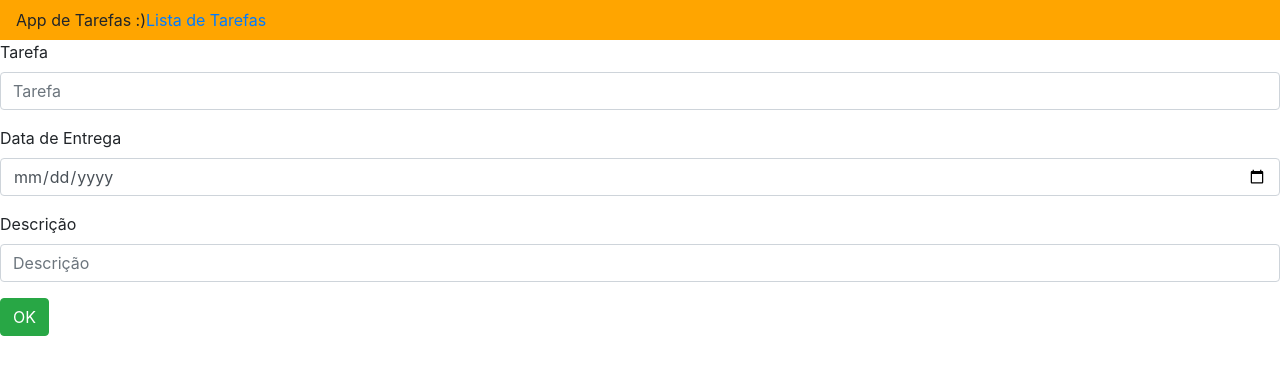
Repository: sophiaks/CRUD
Page: http://localhost/Projeto1/Views/adiciona.jsp
The author's editor kept a copy of each file at every save. The page is drawn from the files as they stood at one save, then again after the next save.
The browser window is 1280 px wide. The pictures show the whole page.
The page is served by Tomcat 9. Nobody is signed in. The application's start-up code is not run. Other server files are loaded and not shown.

Above is the page before, as saved 2020-09-23 19:22:29.

### WorkspaceP1/Projeto1/WebContent/Views/adiciona.jsp
<%@ page language="java" contentType="text/html; charset=ISO-8859-1"
    pageEncoding="ISO-8859-1"%>
<%@ taglib uri="http://java.sun.com/jsp/jstl/core" prefix="c" %>
<%@ taglib uri="http://java.sun.com/jsp/jstl/fmt" prefix="fmt" %>
<%@ page import="java.util.*,br.edu.insper.*" %>


<!DOCTYPE html>
<html>
<head>
<meta charset="ISO-8859-1">
<title>Tarefa</title>
<link href="<c:url value="/bootstrap/css/bootstrap.css"/>" rel="stylesheet">
</head>

<body>
	<jsp:useBean id="dao" class="br.edu.insper.DAO"/>
	<header>
		<nav class="navbar navbar-expand-md navbar-dark"
		style="background-color: orange">
		<div>
			App de Tarefas :)
		</div>
		<a href="<%=request.getContextPath()%>/Views/lista.jsp">Lista de Tarefas</a>



		</nav>
	</header>
	<form action="adiciona" method="post">
		<div class="form-group">
			<label for="nome">Tarefa</label>
			<input type="text" name="nome" class="form-control" placeholder="Tarefa">
		</div>

		<div class="form-group">
			<label for="nome">Data de Entrega</label>
			<input type="date" name="entrega" class="form-control" placeholder="Data de Entrega">
		</div>

		<div class="form-group">
			<label for="descricao">Descrição</label>
			<input type="text" name="descricao" class="form-control" placeholder="Descrição">
		</div>

		<div>
			<input type="submit" value="OK" class="btn btn-success" >
		</div>



	</form>
	<br />



</body>
</html>

### WorkspaceP1/Projeto1/src/br/edu/insper/model/DAO.java
package br.edu.insper;
import java.sql.Connection;
import java.sql.DriverManager;
import java.sql.PreparedStatement;
import java.sql.ResultSet;
import java.sql.SQLException;
import java.util.ArrayList;
import java.util.List;


public class DAO {
	private Connection connection = null;

	public DAO () throws ClassNotFoundException, SQLException {
		Class.forName("com.mysql.jdbc.Driver");
		connection = DriverManager.getConnection("jdbc:mysql://127.0.0.1:3306/tarefas?serverTimezone=UTC", "root", "^^b^@JVg^x!6");
	}

	public List<Tarefa> getLista() throws SQLException {
		List<Tarefa> tarefas = new ArrayList<Tarefa>();

		PreparedStatement stmt = connection.prepareStatement("SELECT * FROM tarefa;");
		ResultSet rs = stmt.executeQuery();

		while (rs.next()) {
			Tarefa tarefa = new Tarefa();

			tarefa.setId(rs.getInt("id"));
			tarefa.setNome(rs.getString("tarefa"));
			tarefa.setEntrega(rs.getString("data"));
			tarefa.setDescricao(rs.getString("descricao"));
			tarefas.add(tarefa);
			}

		rs.close();
		stmt.close();

		return tarefas;

		}

	public void close() throws SQLException {
		connection.close();
	}

	public void adiciona(Tarefa tarefa) throws SQLException {
		String sql = "INSERT INTO Tarefa" + "(tarefa, data, descricao) VALUES (?,?,?)";
		PreparedStatement stmt = connection.prepareStatement(sql);
		stmt.setString(1, tarefa.getNome());
		stmt.setString(2, tarefa.getEntrega());
		stmt.setString(3, tarefa.getDescricao());
		stmt.execute();
		stmt.close();
	}

	public void atualiza(Tarefa tarefa) throws SQLException {
		String sql = "UPDATE Tarefa SET " + "tarefa=?, data=?, descricao=? WHERE id=?";
		PreparedStatement stmt = connection.prepareStatement(sql);
		stmt.setString(1, tarefa.getNome());
		stmt.setString(2, tarefa.getEntrega());
		stmt.setString(3, tarefa.getDescricao());
		stmt.setInt(4, tarefa.getId());
		stmt.execute();
		stmt.close();
	}

	public void remove(Integer id) throws SQLException {
		PreparedStatement stmt = connection.prepareStatement("DELETE FROM Tarefa WHERE id=?");
		stmt.setInt(1,  id);
		stmt.execute();
		stmt.close();
	}
}

Loaded but not shown: WorkspaceP1/Projeto1/WebContent/bootstrap/css/bootstrap.css (library)

After the next save:
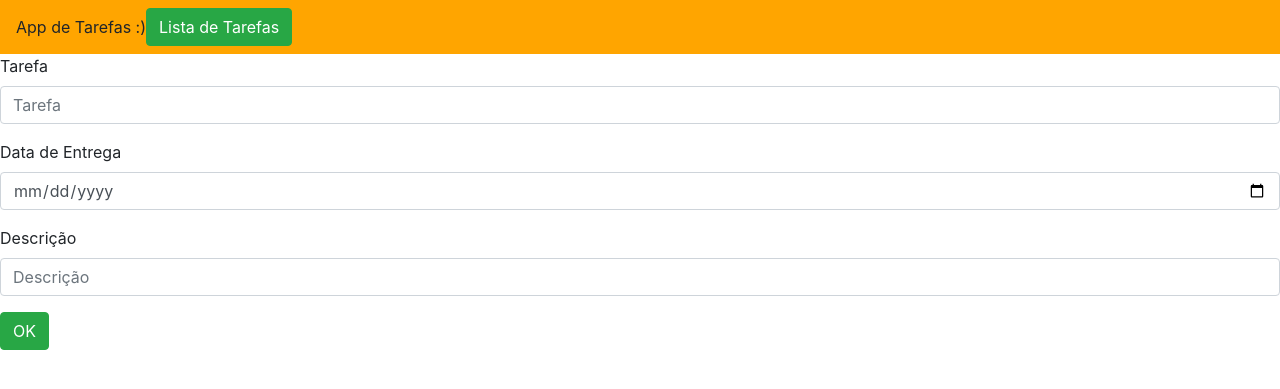
Saved 32 s later.
--- a/WorkspaceP1/Projeto1/WebContent/Views/adiciona.jsp
+++ b/WorkspaceP1/Projeto1/WebContent/Views/adiciona.jsp
@@ -21,7 +21,7 @@
 		<div>
 			App de Tarefas :)
 		</div>
-		<a href="<%=request.getContextPath()%>/Views/lista.jsp">Lista de Tarefas</a>
+		<a href="<%=request.getContextPath()%>/Views/lista.jsp" class="btn btn-success">Lista de Tarefas</a>
 
 
 
